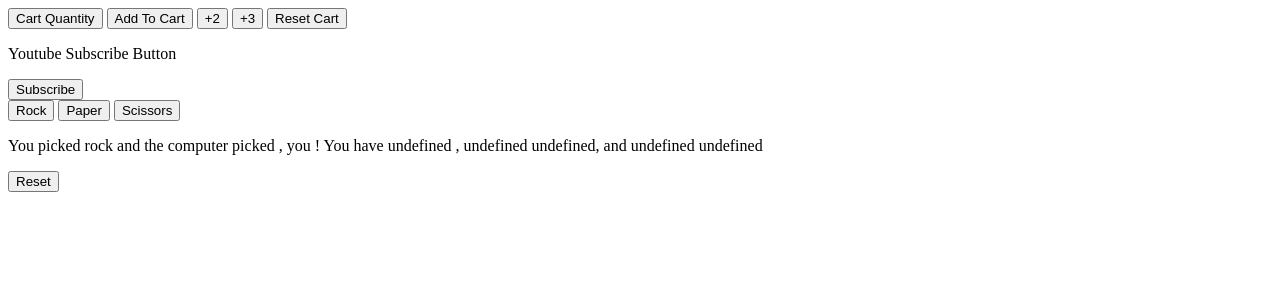
Repository: EguJaredoBoyd/Jared-Learning-Projects
Page: javascript-tutorial.html
These files come from the project's save history. The page is drawn as it stood at one moment and after the next save; the edit follows.
The browser window is 1280 px wide. The pictures show the whole page.

Above is the page before, as saved 2025-07-04 21:44:31.

### javascript-tutorial.html
<!DOCTYPE html>
<html lang="en">
<head>
    <meta charset="UTF-8">
    <meta name="viewport" content="width=device-width, initial-scale=1.0">
    <title>Document</title>
    <script src="javacript-tutorial.js" defer></script>
</head>
<body>
    <main>
        <section>
            <button onclick="cartDisplay()">Cart Quantity</button>
            <button onclick="addCart();
            cartDisplay()">Add To Cart</button>
            <button onclick="addCart2();
            cartDisplay()">+2</button>
            <button onclick="addCart3();
            cartDisplay()">+3</button>
            <button onclick="cartReset();
            cartDisplay()">Reset Cart</button>

            <p id="cart-quantity"></p>
            <p>Youtube Subscribe Button</p>
            <button onclick="subscribe()" class="sub-button">Subscribe</button>
        </section>

        <section>
            <button onclick="selectRock()" class="rock">Rock</button>
            <button onclick="selectPaper()">Paper</button>
            <button onclick="selectScissors()">Scissors</button>
            <p class="win-paragraph"></p>
            <p class="move-paragraph"></p>
            <p class="score-paragraph"></p>
            <button onclick="selectReset()">Reset</button>
        </section>
    </main>

</body>
</html>

### javacript-tutorial.js
let cartQuantity = 0;
function cartDisplay(){
    document.getElementById('cart-quantity').innerHTML = cartQuantity;
};

function addCart(){
    cartQuantity = cartQuantity + 1;
};

function addCart2(){
    cartQuantity += 2;
};

function addCart3(){
    cartQuantity += 3;
};

function cartReset(){
    alert("Cart has been reset");
    cartQuantity = 0;
};

function subscribe () {
    let subClick = document.querySelector('.sub-button');
        if (subClick.innerHTML === 'Subscribe') {
            subClick.innerHTML = 'Subscribed';
        } else{
            subClick.innerHTML = 'Subscribe'

        }
    }




let computerMove = '';
let score = {
    wins: 0,
    losses: 0,
    ties: 0
};
let result = '';
let newScore, valueOne, valueTwo, outcomeOne, outcomeTwo;
let newResult = '';

// ✅ Fix 1: Load saved score if it exists in localStorage
const storage = localStorage.getItem('gameScore');
if (storage) {
    score = JSON.parse(storage);
}

console.log(score); // Optional: Just to confirm score is loaded

function selectRock() {
    // ✅ Fix 2: New random number every time the function runs
    let randomNumber = Math.random();

    if (randomNumber >= 0 && randomNumber < 1 / 3) {
        computerMove = 'rock';
    } else if (randomNumber >= 1 / 3 && randomNumber < 2 / 3) {
        computerMove = 'paper';
    } else {
        computerMove = 'scissors';
    }


    if (computerMove === 'rock') {
        result = 'tie';
    } else if (computerMove === 'paper') {
        result = 'lose';
    } else if (computerMove === 'scissors') {
        result = 'win';
    }

    let newResult = '';
    if (result === 'win') {
        score.wins += 1;
        newResult = 'wins!';
    } else if (result === 'lose') {
        score.losses += 1;
        newResult = 'losses!';
    } else {
        score.ties += 1;
        newResult = 'ties!';
    }

    // ✅ Fix 3: Save updated score to localStorage
    localStorage.setItem('gameScore', JSON.stringify(score));



    if (newResult === 'wins!') {
        newScore = score.wins;
        valueOne = score.losses;
        outcomeOne = 'losses';
        valueTwo = score.ties;
        outcomeTwo = 'ties';
    } else if (newResult === 'losses!') {
        newScore = score.losses;
        valueOne = score.wins;
        outcomeOne = 'wins';
        valueTwo = score.ties;
        outcomeTwo = 'ties';
    } else {
        newScore = score.ties;
        valueOne = score.wins;
        outcomeOne = 'wins';
        valueTwo = score.losses;
        outcomeTwo = 'losses';
    }

    alert(`You picked rock and the computer picked ${computerMove}, you ${result}!
You have ${newScore} ${newResult}, ${valueOne} ${outcomeOne}, and ${valueTwo} ${outcomeTwo}`);

}

function selectPaper() {
    let randomNumber = Math.random();

    if (randomNumber >= 0 && randomNumber < 1 / 3) {
        computerMove = 'rock';
    } else if (randomNumber >= 1 / 3 && randomNumber < 2 / 3) {
        computerMove = 'paper';
    } else {
        computerMove = 'scissors';
    }

    let result = '';
    if (computerMove === 'paper') {
        result = 'tie';
    } else if (computerMove === 'scissors') {
        result = 'lose';
    } else if (computerMove === 'rock') {
        result = 'win';
    }


    if (result === 'win') {
        score.wins += 1;
        newResult = 'wins!';
    } else if (result === 'lose') {
        score.losses += 1;
        newResult = 'losses!';
    } else {
        score.ties += 1;
        newResult = 'ties!';
    }

    localStorage.setItem('gameScore', JSON.stringify(score));

    let newScore, valueOne, valueTwo, outcomeOne, outcomeTwo;

    if (newResult === 'wins!') {
        newScore = score.wins;
        valueOne = score.losses;
        outcomeOne = 'losses';
        valueTwo = score.ties;
        outcomeTwo = 'ties';
    } else if (newResult === 'losses!') {
        newScore = score.losses;
        valueOne = score.wins;
        outcomeOne = 'wins';
        valueTwo = score.ties;
        outcomeTwo = 'ties';
    } else {
        newScore = score.ties;
        valueOne = score.wins;
        outcomeOne = 'wins';
        valueTwo = score.losses;
        outcomeTwo = 'losses';
    }

    alert(`You picked paper and the computer picked ${computerMove}, you ${result}!
You have ${newScore} ${newResult}, ${valueOne} ${outcomeOne}, and ${valueTwo} ${outcomeTwo}`);
}

function selectScissors() {
    let randomNumber = Math.random();

    if (randomNumber >= 0 && randomNumber < 1 / 3) {
        computerMove = 'rock';
    } else if (randomNumber >= 1 / 3 && randomNumber < 2 / 3) {
        computerMove = 'paper';
    } else {
        computerMove = 'scissors';
    }

    let result = '';
    if (computerMove === 'scissors') {
        result = 'tie';
    } else if (computerMove === 'rock') {
        result = 'lose';
    } else if (computerMove === 'paper') {
        result = 'win';
    }

    let newResult = '';
    if (result === 'win') {
        score.wins += 1;
        newResult = 'wins!';
    } else if (result === 'lose') {
        score.losses += 1;
        newResult = 'losses!';
    } else {
        score.ties += 1;
        newResult = 'ties!';
    }

    localStorage.setItem('gameScore', JSON.stringify(score));

    let newScore, valueOne, valueTwo, outcomeOne, outcomeTwo;

    if (newResult === 'wins!') {
        newScore = score.wins;
        valueOne = score.losses;
        outcomeOne = 'losses';
        valueTwo = score.ties;
        outcomeTwo = 'ties';
    } else if (newResult === 'losses!') {
        newScore = score.losses;
        valueOne = score.wins;
        outcomeOne = 'wins';
        valueTwo = score.ties;
        outcomeTwo = 'ties';
    } else {
        newScore = score.ties;
        valueOne = score.wins;
        outcomeOne = 'wins';
        valueTwo = score.losses;
        outcomeTwo = 'losses';
    }

    alert(`You picked scissors and the computer picked ${computerMove}, you ${result}!
You have ${newScore} ${newResult}, ${valueOne} ${outcomeOne}, and ${valueTwo} ${outcomeTwo}`);
}

function selectReset() {
    score = {
        wins: 0,
        losses: 0,
        ties: 0
    };

    // ✅ Fix 4: Clear the score from localStorage too
    localStorage.removeItem('gameScore');

    alert(`Your score has been reset.`);
}

function showMessage () {
    let showRock = document.querySelector('.rock').innerHTML;
    if (showRock === 'Rock') {
        let rock = document.querySelector('.win-paragraph');
        rock.innerHTML = (`You picked rock and the computer picked ${computerMove}, you ${result}!
        You have ${newScore} ${newResult}, ${valueOne} ${outcomeOne}, and ${valueTwo} ${outcomeTwo}`);


    };
}

showMessage();

After the next save:
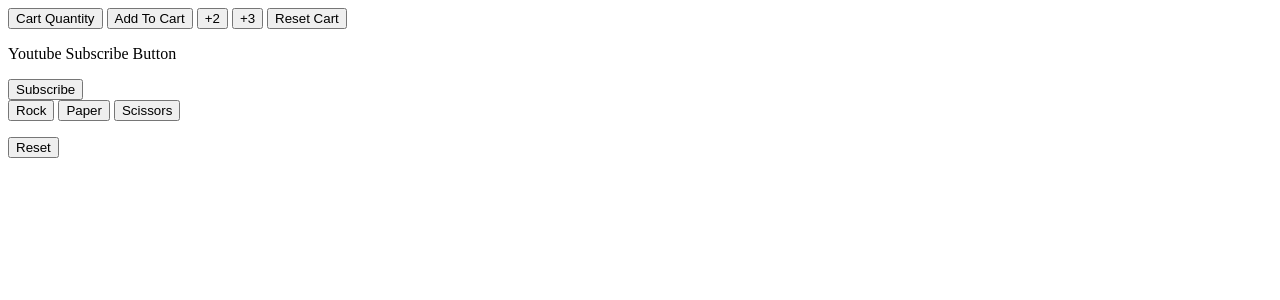
Console error: ReferenceError: newResult is not defined
Saved 3 min 17 s later.
--- a/javacript-tutorial.js
+++ b/javacript-tutorial.js
@@ -39,9 +39,9 @@
     losses: 0,
     ties: 0
 };
+
 let result = '';
 let newScore, valueOne, valueTwo, outcomeOne, outcomeTwo;
-let newResult = '';
 
 // ✅ Fix 1: Load saved score if it exists in localStorage
 const storage = localStorage.getItem('gameScore');
@@ -63,7 +63,7 @@
         computerMove = 'scissors';
     }
 
-
+    let result = '';
     if (computerMove === 'rock') {
         result = 'tie';
     } else if (computerMove === 'paper') {
@@ -87,7 +87,7 @@
     // ✅ Fix 3: Save updated score to localStorage
     localStorage.setItem('gameScore', JSON.stringify(score));
 
-
+    let newScore, valueOne, valueTwo, outcomeOne, outcomeTwo;
 
     if (newResult === 'wins!') {
         newScore = score.wins;
@@ -134,7 +134,7 @@
         result = 'win';
     }
 
-
+    let newResult = '';
     if (result === 'win') {
         score.wins += 1;
         newResult = 'wins!';
@@ -258,4 +258,4 @@
     };
 }
 
-showMessage();
+showMessage()

After the save that followed:
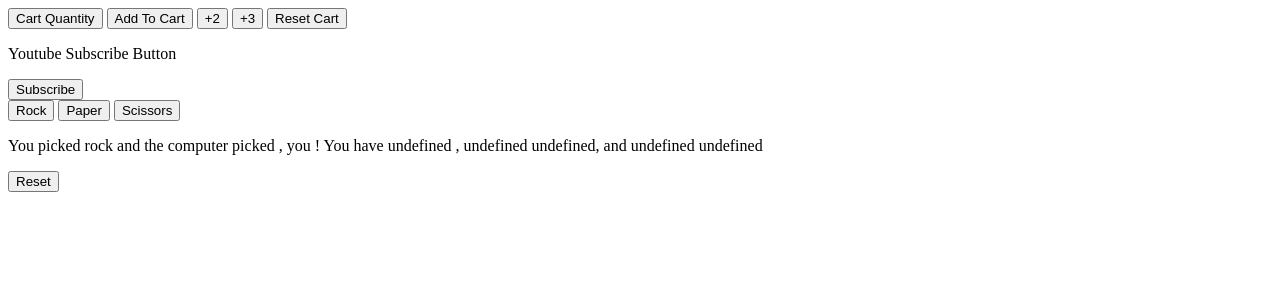
The error is gone.
Saved 39 s later.
--- a/javacript-tutorial.js
+++ b/javacript-tutorial.js
@@ -42,6 +42,7 @@
 
 let result = '';
 let newScore, valueOne, valueTwo, outcomeOne, outcomeTwo;
+let newResult = '';
 
 // ✅ Fix 1: Load saved score if it exists in localStorage
 const storage = localStorage.getItem('gameScore');
